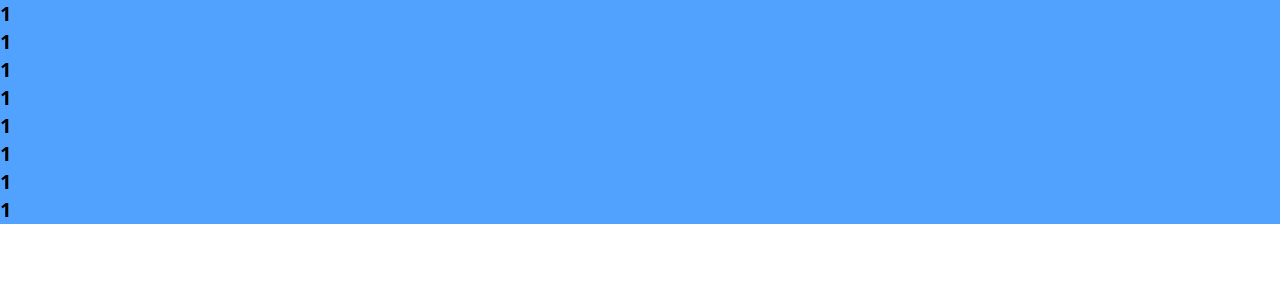
Repository: Abdulahi338/TailwindCss-exercise
Page: Exercise2/index.html
These files come from the project's save history. The page is drawn as it stood at one moment and after the next save; the edit follows.
The browser window is 1280 px wide. The pictures show the whole page.

Above is the page before, as saved 2025-07-27 11:04:45.

After the next save:
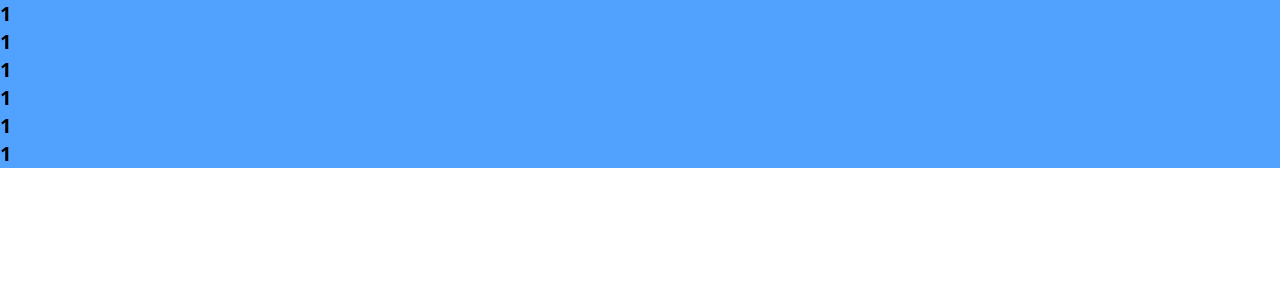
Saved 8 s later.
--- a/Exercise2/index.html
+++ b/Exercise2/index.html
@@ -16,8 +16,7 @@
         <div class="text-xl font-semibold bg-blue-400">1</div>
         <div class="text-xl font-semibold bg-blue-400">1</div>
         <div class="text-xl font-semibold bg-blue-400">1</div>
-        <div class="text-xl font-semibold bg-blue-400">1</div>
-        <div class="text-xl font-semibold bg-blue-400">1</div>
+
 
     </div>
 
